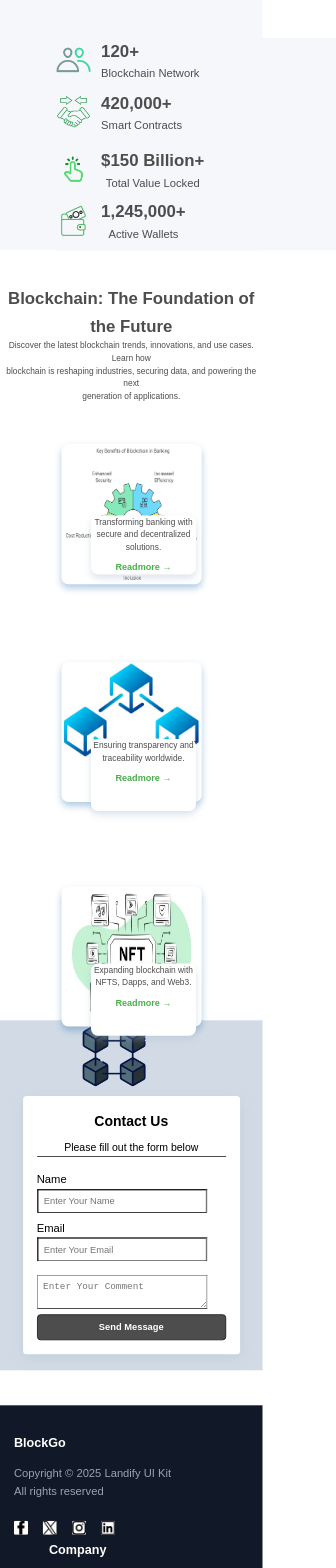
Repository: Tafsirul555/Assignment
Page: Assignment/index.html
An editor plug-in stored every save of this project. The page is shown before and after a run of saves, followed by the edit.
The browser window is 375 px wide. The page is 480 px wide, so the pictures cover 480 px, including what lies to the right of the window. The pictures show the part of the page from y = 2341 to 4581 px (the page is 5110 px tall), at 70% of full size.

Above is the page before, as saved 2025-06-12 23:32:33.

After the next 12 saves:
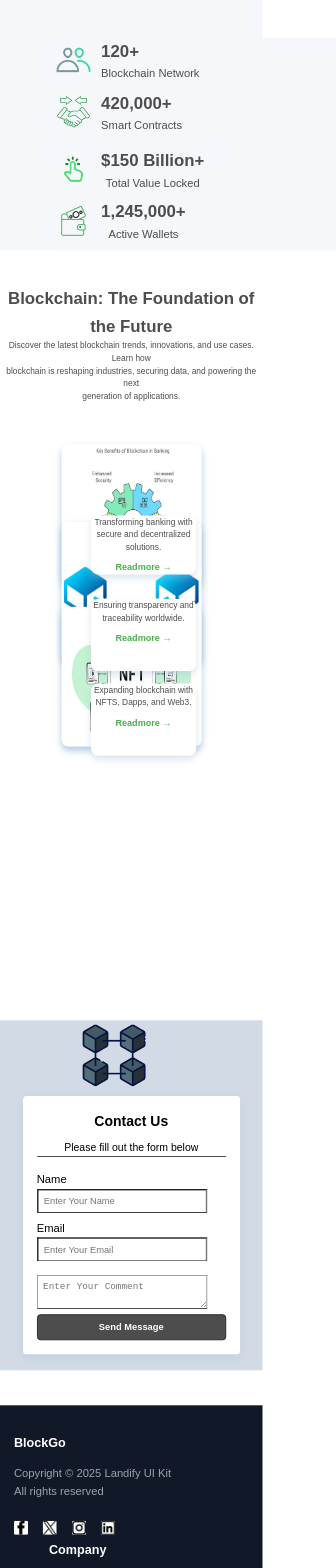
The 12 saves are shown as one change because they came seconds apart.
The last was saved 40 s later.
--- a/Assignment/Assignment1.css
+++ b/Assignment/Assignment1.css
@@ -497,7 +497,7 @@
     .BlockchainFuture-box3 {
         width: 100%;
         text-align: center;
-        margin-bottom: 200px;
+        margin-bottom: 0px;
     }
 
     .BlockchainFuture-box2 {

After the 2 saves that followed:
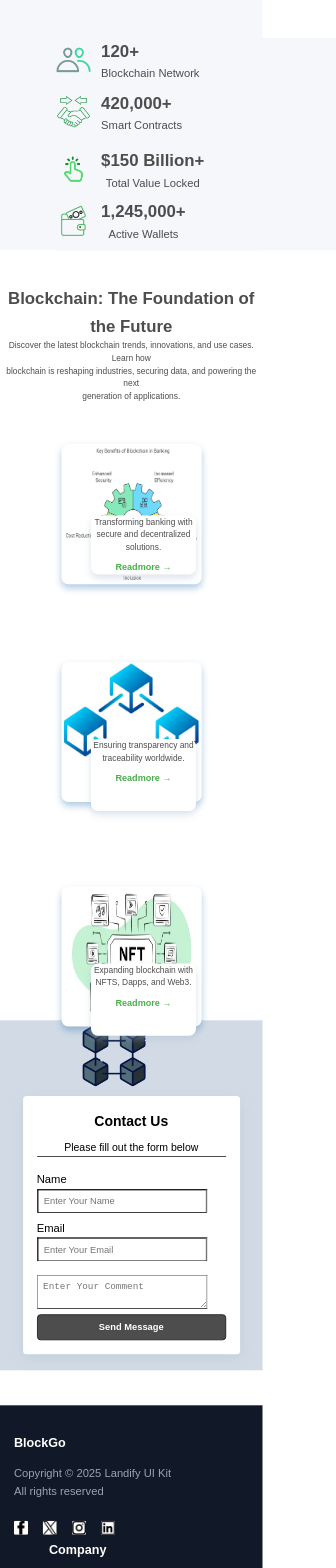
The 2 saves are shown as one change because they came seconds apart.
The last was saved 5 s later.
--- a/Assignment/Assignment1.css
+++ b/Assignment/Assignment1.css
@@ -497,7 +497,7 @@
     .BlockchainFuture-box3 {
         width: 100%;
         text-align: center;
-        margin-bottom: 0px;
+        margin-bottom: 200px;
     }
 
     .BlockchainFuture-box2 {
